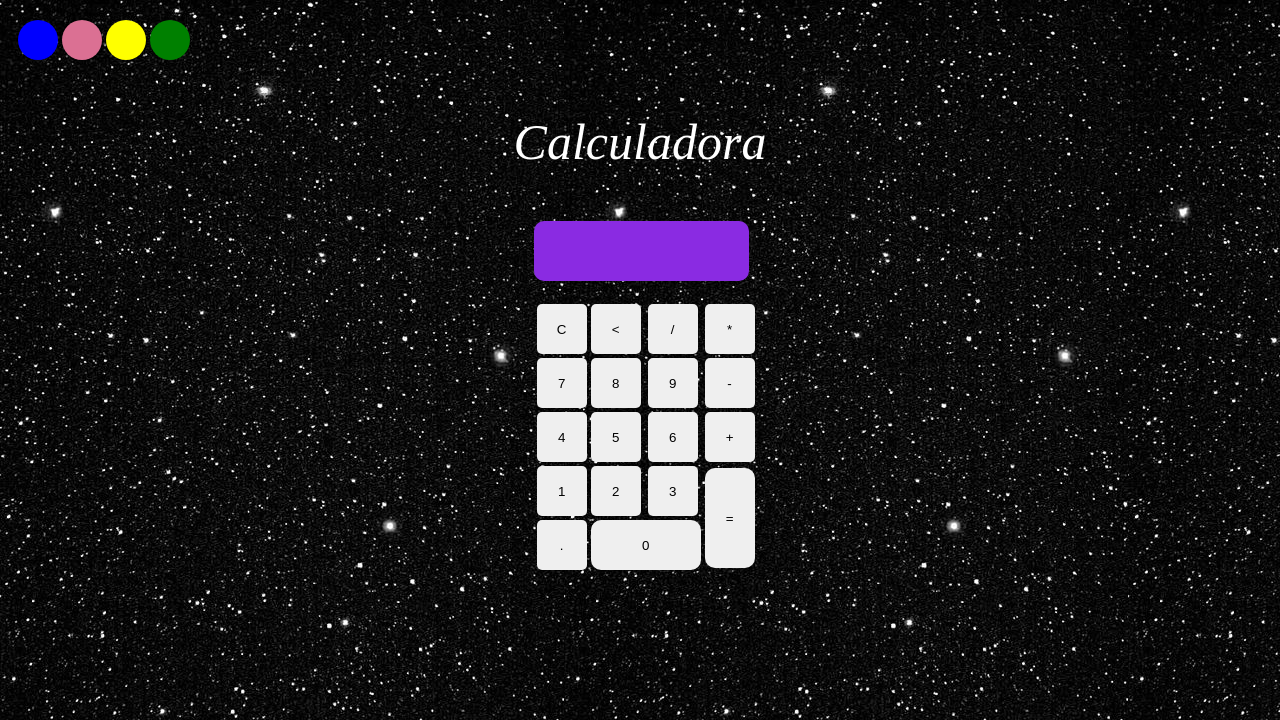
Repository: mariele-huff/calculadora
Page: index.html
These files come from the project's save history. The page is drawn as it stood at one moment and after the next save; the edit follows.
The browser window is 1280 px wide. The pictures show the whole page.

Above is the page before, as saved 2022-08-14 21:00:42.

### index.html
<!DOCTYPE html>
<html lang="pt-br">

<head>
    <meta charset="UTF-8">
    <meta http-equiv="X-UA-Compatible" content="IE=edge">
    <meta name="viewport" content="width=device-width, initial-scale=1.0">
    <link rel="stylesheet" href="style.css">
    <script src="index.js">

    </script>
    <title>Calculadora</title>
</head>

<body>
    <div class="cores">
    <button class="corAzul"onclick="mudaCorAz()"></button>
    <button class="corRosa"onclick="mudaCorRos()"></button>
    <button class="corAmarelo"onclick="mudaCorAm()"></button>
    <button class="corVerde"onclick="mudaCorGr()"></button>
    </div>
    <div class="calculadora">
        <p class="titulo">Calculadora</p>
        <div id="resultado">  </div>
        <table>
            <tr>

                <td><button class="botao" onclick="limpar()">C</button></td>
                <td><button class="botao" onclick="voltar()"><</button>
                </td>
                <td><button class="botao" onclick="acrescenta('/')">/</button></td>
                <td><button class="botao" onclick="acrescenta('*')">*</button></td>
            </tr>
            <tr>
                <td><button class="botao" onclick="acrescenta('7')">7</button></td>
                <td><button class="botao" onclick="acrescenta('8')">8</button></td>
                <td><button class="botao" onclick="acrescenta('9')">9</button></td>
                <td><button class="botao" onclick="acrescenta('-')">-</button></td>
            </tr>
            <tr>
                <td><button class="botao" onclick="acrescenta('4')">4</button></td>
                <td><button class="botao" onclick="acrescenta('5')">5</button></td>
                <td><button class="botao" onclick="acrescenta('6')">6</button></td>
                <td><button class="botao" button onclick="acrescenta('+'), calcular()" >+</button>
                </td>
            </tr>
            <tr>
                <td><button class="botao" onclick="acrescenta('1')">1</button></td>
                <td><button class="botao" onclick="acrescenta('2')">2</button></td>
                <td><button class="botao" onclick="acrescenta('3')">3</button></td>
                <td rowspan="2"><button class="botao2" onclick="calcular()">=</button></td>
            </tr>
            <tr>

                <td> <button class="botao" onclick="acrescenta('.')">.</button></td>
                <td colspan="2"><button class="botao1" onclick="acrescenta('0')">0</button></td>
            </tr>
        </table>
    </div>

</body>

</html>

### style.css
body {
    background-image: url("img/fundo.jpg")
}

.titulo {
    color: white;
    text-align: center;
    font-size: 50px;
    font-style: italic;
}

.calculadora {
    width: 250px;
    height: 400px;
    margin-left: 40%;
    border: 5px black;
    border-radius: 10px;

}

.botao {
    height: 50px;
    width: 50px;
    border-width: inherit;
    border-radius: 5px;
    text-align: center;
}

.botao:hover {
    border-width: 2px;
    border-color: blueviolet;

}

.botao1:hover {
    border-width: 2px;
    border-color: blueviolet;

}

.botao2:hover {
    background-color: blueviolet;
    color:wheat;
}

.botao1 {
    height: 50px;
    width: 110px;
    border-radius: 10px;
    border-width: inherit;

}

.botao2 {
    height: 100px;
    width: 50px;
    border-radius: 10px;
    border-width: inherit;

}

#resultado {
    background-color: blueviolet;
    height: 60px;
    width: 215px;
    border-radius: 10px;
    border-width: 10px;
    border-color: blueviolet;
    color: white;
    font-size: 50px;
    margin-left: 20px;
    text-align: right;


}

table {
    margin-left: 20px;
    margin-top: 20px;
}
.cores{
    width: 100%;
    margin-top: 20px;

}
.corAzul{
   margin-left: 10px;
    border-radius: 100%;
    border: thin;
    height: 40px;
    width: 40px;
    background-color: blue;
    color:white

}

.corRosa{
    border-radius: 100%;
    border: thin;
    height: 40px;
    width: 40px;
    background-color: palevioletred;
    color:white

}

.corAmarelo{
    border-radius: 100%;
    border: thin;
    height: 40px;
    width: 40px;
    background-color: yellow;
    color:white
}
.corVerde{
    border-radius: 100%;
    border: thin;
    height: 40px;
    width: 40px;
    background-color: green;
    color:white

}

### index.js

let acrescenta = (num) => {
    let numero = document.querySelector('#resultado').innerHTML
    document.querySelector('#resultado').innerHTML = numero + num
}
let limpar = () => {
    let resultado = document.querySelector('#resultado')
    resultado.innerHTML = " "
}

let voltar = () => {
    let resultado = document.querySelector('#resultado').innerHTML
    document.querySelector('#resultado').innerHTML = resultado.substring(0, resultado.length - 1)

}

let calcular = () => {

    let resultado = document.querySelector('#resultado').innerHTML
    if (resultado) {
        let aresult = document.querySelector('#resultado').innerHTML = eval(resultado)

    }
}
let mudaCorAz = () => {
    document.body.style.background = 'blue'



}
let mudaCorRos = () => {

    document.body.style.background = 'palevioletred'
}
let mudaCorAm = () => {

    document.body.style.background = 'yellow'
}
let mudaCorGr = () => {

    document.body.style.background = 'green'
}



let historico = () => {

    let hist = document.createElement('div')
    hist.style.width = '300px'
    hist.style.height = '300px'
    hist.style.marginLeft = '37%'
    hist.style.marginTop = '100px'
    hist.style.background = 'white'

    document.body.appendChild(hist)



}

After the next save:
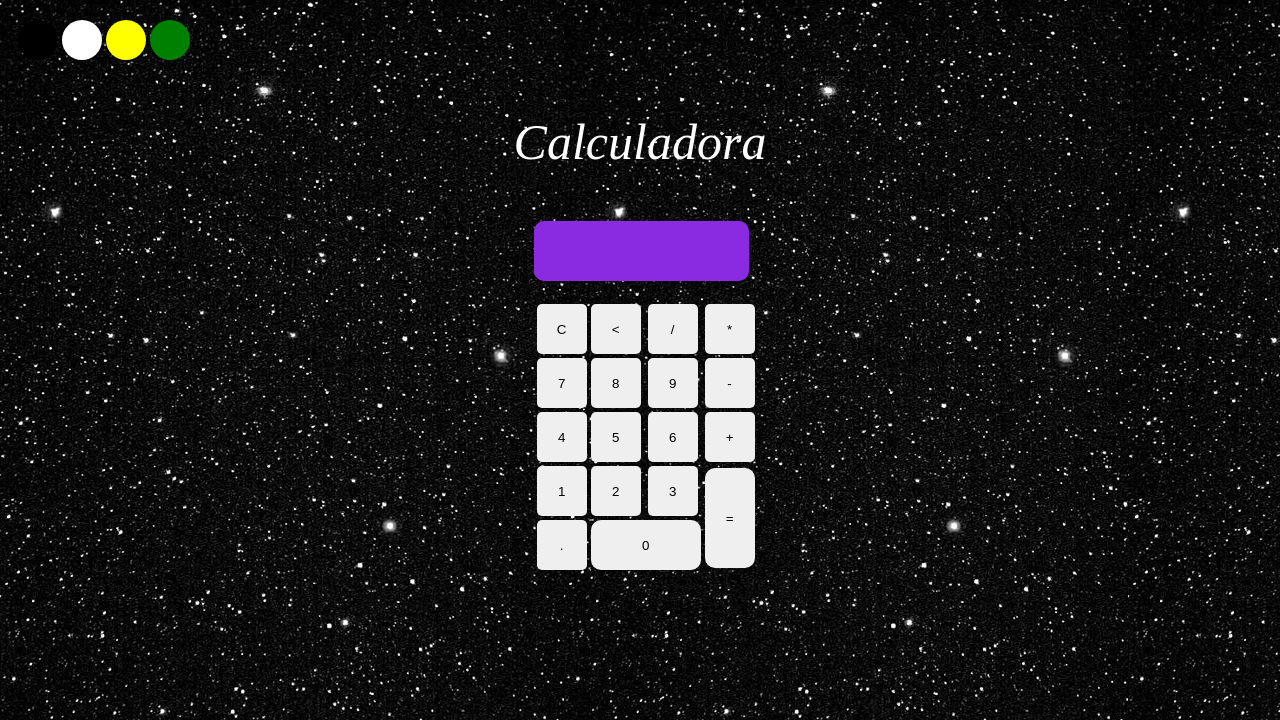
Saved 2 min 11 s later.
--- a/style.css
+++ b/style.css
@@ -89,7 +89,7 @@ table {
     border: thin;
     height: 40px;
     width: 40px;
-    background-color: blue;
+    background-color: black;
     color:white
 
 }
@@ -99,8 +99,8 @@ table {
     border: thin;
     height: 40px;
     width: 40px;
-    background-color: palevioletred;
-    color:white
+    background-color: white;
+    color:black
 
 }
 
